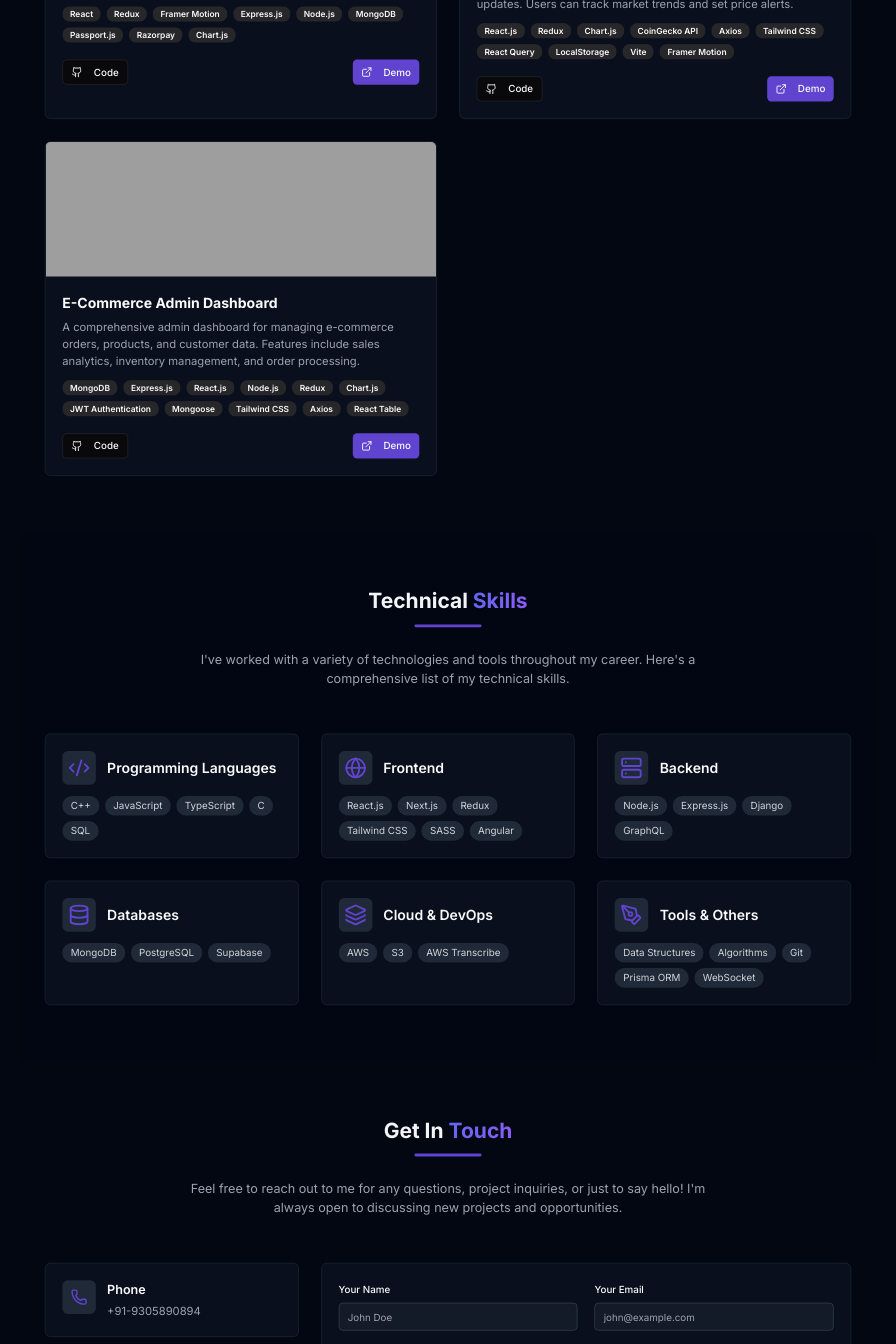
Repository: NoobCoderY/Yash
Page: /
An editor plug-in stored every save of this project. The page is shown before and after a run of saves, followed by the edit.
The browser window is 1280 px wide. The pictures show the part of the page from y = 4580 to 6500 px (the page is 7222 px tall before and 7186 px after), at 70% of full size.
Pictures or frames that could not be fetched are drawn as grey boxes. The project was rebuilt for these pictures with package versions that can differ from the ones it lists, and the page was loaded fresh each time. The framework's server and built-in components were replaced by stand-ins that run in the browser. Also part of the build but not shown: next.config.mjs.

Above is the page before, as saved 2025-04-13 01:58:31.

### app/layout.tsx
import type React from "react"
import "./globals.css"
import type { Metadata } from "next"
import { Inter } from "next/font/google"
import { ThemeProvider } from "@/components/theme-provider"

const inter = Inter({ subsets: ["latin"] })

export const metadata: Metadata = {
  title: "Yash Diwaker | Full Stack Developer",
  description: "Portfolio of Yash Diwaker, Full Stack Developer specializing in MERN stack and AWS",
    generator: 'v0.dev'
}

export default function RootLayout({
  children,
}: Readonly<{
  children: React.ReactNode
}>) {
  return (
    <html lang="en" suppressHydrationWarning>
      <body className={inter.className}>
        <ThemeProvider attribute="class" defaultTheme="dark" enableSystem disableTransitionOnChange>
          {children}
        </ThemeProvider>
      </body>
    </html>
  )
}


import './globals.css'

### app/page.tsx
import Hero from "@/components/hero"
import Navbar from "@/components/navbar"
import About from "@/components/about"
import Experience from "@/components/experience"
import Projects from "@/components/projects"
import Skills from "@/components/skills"
import Contact from "@/components/contact"
import Footer from "@/components/footer"

export default function Home() {
  return (
    <div className="min-h-screen bg-gray-950 text-gray-100">
      <Navbar />
      <main className="container mx-auto px-4 sm:px-6 lg:px-8">
        <Hero />
        <About />
        <Experience />
        <Projects />
        <Skills />
        <Contact />
      </main>
      <Footer />
    </div>
  )
}

### app/globals.css
@tailwind base;
@tailwind components;
@tailwind utilities;

@layer base {
  :root {
    --background: 0 0% 100%;
    --foreground: 240 10% 3.9%;
    --card: 0 0% 100%;
    --card-foreground: 240 10% 3.9%;
    --popover: 0 0% 100%;
    --popover-foreground: 240 10% 3.9%;
    --primary: 252 59% 48%;
    --primary-foreground: 0 0% 98%;
    --secondary: 240 4.8% 95.9%;
    --secondary-foreground: 240 5.9% 10%;
    --muted: 240 4.8% 95.9%;
    --muted-foreground: 240 3.8% 46.1%;
    --accent: 240 4.8% 95.9%;
    --accent-foreground: 240 5.9% 10%;
    --destructive: 0 84.2% 60.2%;
    --destructive-foreground: 0 0% 98%;
    --border: 240 5.9% 90%;
    --input: 240 5.9% 90%;
    --ring: 252 59% 48%;
    --radius: 0.5rem;
  }

  .dark {
    --background: 240 10% 3.9%;
    --foreground: 0 0% 98%;
    --card: 240 10% 3.9%;
    --card-foreground: 0 0% 98%;
    --popover: 240 10% 3.9%;
    --popover-foreground: 0 0% 98%;
    --primary: 252 59% 54%;
    --primary-foreground: 0 0% 98%;
    --secondary: 240 3.7% 15.9%;
    --secondary-foreground: 0 0% 98%;
    --muted: 240 3.7% 15.9%;
    --muted-foreground: 240 5% 64.9%;
    --accent: 240 3.7% 15.9%;
    --accent-foreground: 0 0% 98%;
    --destructive: 0 62.8% 30.6%;
    --destructive-foreground: 0 0% 98%;
    --border: 240 3.7% 15.9%;
    --input: 240 3.7% 15.9%;
    --ring: 252 59% 54%;
  }
}

@layer base {
  * {
    @apply border-border;
  }
  body {
    @apply bg-background text-foreground;
    font-feature-settings: "rlig" 1, "calt" 1;
  }
}

.animate-slide-up {
  animation: slideUp 0.6s ease-out forwards;
  opacity: 0;
}

@keyframes slideUp {
  from {
    transform: translateY(30px);
    opacity: 0;
  }
  to {
    transform: translateY(0);
    opacity: 1;
  }
}

.animate-fade-in {
  animation: fadeIn 0.8s ease-out forwards;
  opacity: 0;
}

@keyframes fadeIn {
  from {
    opacity: 0;
  }
  to {
    opacity: 1;
  }
}

.animate-slide-in-right {
  animation: slideInRight 0.6s ease-out forwards;
  opacity: 0;
}

@keyframes slideInRight {
  from {
    transform: translateX(30px);
    opacity: 0;
  }
  to {
    transform: translateX(0);
    opacity: 1;
  }
}

.animate-pulse-slow {
  animation: pulseSlow 3s infinite;
}

@keyframes pulseSlow {
  0%,
  100% {
    opacity: 1;
  }
  50% {
    opacity: 0.7;
  }
}

.animate-float {
  animation: float 3s ease-in-out infinite;
}

@keyframes float {
  0%,
  100% {
    transform: translateY(0);
  }
  50% {
    transform: translateY(-10px);
  }
}

.gradient-text {
  background: linear-gradient(90deg, #6366f1, #8b5cf6);
  -webkit-background-clip: text;
  -webkit-text-fill-color: transparent;
  background-clip: text;
}

### components/about.tsx
"use client"

import { motion } from "framer-motion"
import { useInView } from "framer-motion"
import { useRef } from "react"
import { Card, CardContent } from "@/components/ui/card"
import { Code, Briefcase, GraduationCap } from "lucide-react"

export default function About() {
  const ref = useRef(null)
  const isInView = useInView(ref, { once: true, margin: "-100px" })

  const cardVariants = {
    hidden: { opacity: 0, y: 20 },
    visible: (i: number) => ({
      opacity: 1,
      y: 0,
      transition: {
        delay: 0.1 * i,
        duration: 0.5,
      },
    }),
  }

  const stats = [
    {
      icon: <Code className="h-8 w-8 text-primary" />,
      title: "Full Stack Developer",
      description: "Specialized in MERN stack development with AWS integration",
    },
    {
      icon: <Briefcase className="h-8 w-8 text-primary" />,
      title: "Professional Experience",
      description: "Working with multiple companies on diverse projects",
    },
    {
      icon: <GraduationCap className="h-8 w-8 text-primary" />,
      title: "B.Tech in Computer Science",
      description: "Harcourt Butler Technical University, Kanpur",
    },
  ]

  return (
    <section id="about" className="py-20">
      <div className="container mx-auto">
        <motion.div
          initial={{ opacity: 0, y: 20 }}
          animate={isInView ? { opacity: 1, y: 0 } : { opacity: 0, y: 20 }}
          transition={{ duration: 0.5 }}
          ref={ref}
          className="text-center mb-16"
        >
          <h2 className="text-3xl font-bold mb-4">
            About <span className="gradient-text">Me</span>
          </h2>
          <div className="w-24 h-1 bg-primary mx-auto mb-8 rounded-full"></div>
          <p className="text-lg text-gray-400 max-w-3xl mx-auto">
            I'm a Full Stack Developer with expertise in building scalable web applications using modern technologies.
            With a strong foundation in computer science and hands-on experience in various companies, I bring a blend
            of technical skills and practical knowledge to every project.
          </p>
        </motion.div>

        <div className="grid grid-cols-1 md:grid-cols-3 gap-8">
          {stats.map((stat, i) => (
            <motion.div
              key={i}
              custom={i}
              variants={cardVariants}
              initial="hidden"
              animate={isInView ? "visible" : "hidden"}
            >
              <Card className="bg-gray-900/50 border-gray-800 hover:border-primary/50 transition-all duration-300 h-full">
                <CardContent className="p-6 flex flex-col items-center text-center">
                  <div className="mb-4 p-3 bg-gray-800 rounded-full">{stat.icon}</div>
                  <h3 className="text-xl font-semibold mb-2">{stat.title}</h3>
                  <p className="text-gray-400">{stat.description}</p>
                </CardContent>
              </Card>
            </motion.div>
          ))}
        </div>
      </div>
    </section>
  )
}

### components/skills.tsx
"use client"

import { motion } from "framer-motion"
import { useInView } from "framer-motion"
import { useRef } from "react"
import { Card, CardContent } from "@/components/ui/card"
import { Code2, Database, Globe, Server, Layers, PenTool } from "lucide-react"

export default function Skills() {
  const ref = useRef(null)
  const isInView = useInView(ref, { once: true, margin: "-100px" })

  const skillCategories = [
    {
      title: "Programming Languages",
      icon: <Code2 className="h-8 w-8 text-primary" />,
      skills: ["C++", "JavaScript", "TypeScript", "C", "SQL"],
    },
    {
      title: "Frontend",
      icon: <Globe className="h-8 w-8 text-primary" />,
      skills: ["React.js", "Next.js", "Redux", "Tailwind CSS", "SASS", "Angular"],
    },
    {
      title: "Backend",
      icon: <Server className="h-8 w-8 text-primary" />,
      skills: ["Node.js", "Express.js", "Django", "GraphQL"],
    },
    {
      title: "Databases",
      icon: <Database className="h-8 w-8 text-primary" />,
      skills: ["MongoDB", "PostgreSQL", "Supabase"],
    },
    {
      title: "Cloud & DevOps",
      icon: <Layers className="h-8 w-8 text-primary" />,
      skills: ["AWS", "S3", "AWS Transcribe"],
    },
    {
      title: "Tools & Others",
      icon: <PenTool className="h-8 w-8 text-primary" />,
      skills: ["Data Structures", "Algorithms", "Git", "Prisma ORM", "WebSocket"],
    },
  ]

  const cardVariants = {
    hidden: { opacity: 0, y: 20 },
    visible: (i: number) => ({
      opacity: 1,
      y: 0,
      transition: {
        delay: 0.1 * i,
        duration: 0.5,
      },
    }),
  }

  return (
    <section id="skills" className="py-20 bg-gray-950/50">
      <div className="container mx-auto">
        <motion.div
          initial={{ opacity: 0, y: 20 }}
          animate={isInView ? { opacity: 1, y: 0 } : { opacity: 0, y: 20 }}
          transition={{ duration: 0.5 }}
          ref={ref}
          className="text-center mb-16"
        >
          <h2 className="text-3xl font-bold mb-4">
            Technical <span className="gradient-text">Skills</span>
          </h2>
          <div className="w-24 h-1 bg-primary mx-auto mb-8 rounded-full"></div>
          <p className="text-lg text-gray-400 max-w-3xl mx-auto">
            I've worked with a variety of technologies and tools throughout my career. Here's a comprehensive list of my
            technical skills.
          </p>
        </motion.div>

        <div className="grid grid-cols-1 md:grid-cols-2 lg:grid-cols-3 gap-8">
          {skillCategories.map((category, i) => (
            <motion.div
              key={i}
              custom={i}
              variants={cardVariants}
              initial="hidden"
              animate={isInView ? "visible" : "hidden"}
            >
              <Card className="bg-gray-900/50 border-gray-800 hover:border-primary/50 transition-all duration-300 h-full">
                <CardContent className="p-6">
                  <div className="flex items-center mb-4">
                    <div className="p-2 bg-gray-800 rounded-lg mr-4">{category.icon}</div>
                    <h3 className="text-xl font-semibold">{category.title}</h3>
                  </div>
                  <div className="flex flex-wrap gap-2">
                    {category.skills.map((skill, index) => (
                      <span
                        key={index}
                        className="px-3 py-1 bg-gray-800 rounded-full text-sm text-gray-300 hover:bg-primary/20 hover:text-primary transition-colors duration-300"
                      >
                        {skill}
                      </span>
                    ))}
                  </div>
                </CardContent>
              </Card>
            </motion.div>
          ))}
        </div>
      </div>
    </section>
  )
}

### components/footer.tsx
import Link from "next/link"
import { Github, Linkedin, Mail } from "lucide-react"

export default function Footer() {
  const currentYear = new Date().getFullYear()

  return (
    <footer className="bg-gray-900 py-12 border-t border-gray-800">
      <div className="container mx-auto px-4">
        <div className="flex flex-col md:flex-row justify-between items-center">
          <div className="mb-6 md:mb-0">
            <Link href="#home" className="text-2xl font-bold gradient-text">
              Yash Diwaker
            </Link>
            <p className="text-gray-400 mt-2 max-w-md">
              Full Stack Developer specializing in building exceptional digital experiences.
            </p>
          </div>

          <div className="flex space-x-6">
            <Link
              href="https://linkedin.com/in/yashdiwaker"
              target="_blank"
              rel="noopener noreferrer"
              className="text-gray-400 hover:text-primary transition-colors"
              aria-label="LinkedIn"
            >
              <Linkedin size={24} />
            </Link>
            <Link
              href="https://github.com/NoobCoderY"
              target="_blank"
              rel="noopener noreferrer"
              className="text-gray-400 hover:text-primary transition-colors"
              aria-label="GitHub"
            >
              <Github size={24} />
            </Link>
            <Link
              href="mailto:yashdiwaker74@gmail.com"
              className="text-gray-400 hover:text-primary transition-colors"
              aria-label="Email"
            >
              <Mail size={24} />
            </Link>
          </div>
        </div>

        <div className="border-t border-gray-800 mt-8 pt-8 flex flex-col md:flex-row justify-between items-center">
          <p className="text-gray-500 text-sm">© {currentYear} Yash Diwaker. All rights reserved.</p>
          <div className="mt-4 md:mt-0">
            <ul className="flex space-x-6 text-sm text-gray-500">
              <li>
                <Link href="#home" className="hover:text-primary transition-colors">
                  Home
                </Link>
              </li>
              <li>
                <Link href="#about" className="hover:text-primary transition-colors">
                  About
                </Link>
              </li>
              <li>
                <Link href="#projects" className="hover:text-primary transition-colors">
                  Projects
                </Link>
              </li>
              <li>
                <Link href="#contact" className="hover:text-primary transition-colors">
                  Contact
                </Link>
              </li>
            </ul>
          </div>
        </div>
      </div>
    </footer>
  )
}

### components/ui/button.tsx
import * as React from "react"
import { Slot } from "@radix-ui/react-slot"
import { cva, type VariantProps } from "class-variance-authority"

import { cn } from "@/lib/utils"

const buttonVariants = cva(
  "inline-flex items-center justify-center gap-2 whitespace-nowrap rounded-md text-sm font-medium ring-offset-background transition-colors focus-visible:outline-none focus-visible:ring-2 focus-visible:ring-ring focus-visible:ring-offset-2 disabled:pointer-events-none disabled:opacity-50 [&_svg]:pointer-events-none [&_svg]:size-4 [&_svg]:shrink-0",
  {
    variants: {
      variant: {
        default: "bg-primary text-primary-foreground hover:bg-primary/90",
        destructive:
          "bg-destructive text-destructive-foreground hover:bg-destructive/90",
        outline:
          "border border-input bg-background hover:bg-accent hover:text-accent-foreground",
        secondary:
          "bg-secondary text-secondary-foreground hover:bg-secondary/80",
        ghost: "hover:bg-accent hover:text-accent-foreground",
        link: "text-primary underline-offset-4 hover:underline",
      },
      size: {
        default: "h-10 px-4 py-2",
        sm: "h-9 rounded-md px-3",
        lg: "h-11 rounded-md px-8",
        icon: "h-10 w-10",
      },
    },
    defaultVariants: {
      variant: "default",
      size: "default",
    },
  }
)

export interface ButtonProps
  extends React.ButtonHTMLAttributes<HTMLButtonElement>,
    VariantProps<typeof buttonVariants> {
  asChild?: boolean
}

const Button = React.forwardRef<HTMLButtonElement, ButtonProps>(
  ({ className, variant, size, asChild = false, ...props }, ref) => {
    const Comp = asChild ? Slot : "button"
    return (
      <Comp
        className={cn(buttonVariants({ variant, size, className }))}
        ref={ref}
        {...props}
      />
    )
  }
)
Button.displayName = "Button"

export { Button, buttonVariants }

### components/ui/card.tsx
import * as React from "react"

import { cn } from "@/lib/utils"

const Card = React.forwardRef<
  HTMLDivElement,
  React.HTMLAttributes<HTMLDivElement>
>(({ className, ...props }, ref) => (
  <div
    ref={ref}
    className={cn(
      "rounded-lg border bg-card text-card-foreground shadow-sm",
      className
    )}
    {...props}
  />
))
Card.displayName = "Card"

const CardHeader = React.forwardRef<
  HTMLDivElement,
  React.HTMLAttributes<HTMLDivElement>
>(({ className, ...props }, ref) => (
  <div
    ref={ref}
    className={cn("flex flex-col space-y-1.5 p-6", className)}
    {...props}
  />
))
CardHeader.displayName = "CardHeader"

const CardTitle = React.forwardRef<
  HTMLDivElement,
  React.HTMLAttributes<HTMLDivElement>
>(({ className, ...props }, ref) => (
  <div
    ref={ref}
    className={cn(
      "text-2xl font-semibold leading-none tracking-tight",
      className
    )}
    {...props}
  />
))
CardTitle.displayName = "CardTitle"

const CardDescription = React.forwardRef<
  HTMLDivElement,
  React.HTMLAttributes<HTMLDivElement>
>(({ className, ...props }, ref) => (
  <div
    ref={ref}
    className={cn("text-sm text-muted-foreground", className)}
    {...props}
  />
))
CardDescription.displayName = "CardDescription"

const CardContent = React.forwardRef<
  HTMLDivElement,
  React.HTMLAttributes<HTMLDivElement>
>(({ className, ...props }, ref) => (
  <div ref={ref} className={cn("p-6 pt-0", className)} {...props} />
))
CardContent.displayName = "CardContent"

const CardFooter = React.forwardRef<
  HTMLDivElement,
  React.HTMLAttributes<HTMLDivElement>
>(({ className, ...props }, ref) => (
  <div
    ref={ref}
    className={cn("flex items-center p-6 pt-0", className)}
    {...props}
  />
))
CardFooter.displayName = "CardFooter"

export { Card, CardHeader, CardFooter, CardTitle, CardDescription, CardContent }

### components/ui/badge.tsx
import * as React from "react"
import { cva, type VariantProps } from "class-variance-authority"

import { cn } from "@/lib/utils"

const badgeVariants = cva(
  "inline-flex items-center rounded-full border px-2.5 py-0.5 text-xs font-semibold transition-colors focus:outline-none focus:ring-2 focus:ring-ring focus:ring-offset-2",
  {
    variants: {
      variant: {
        default:
          "border-transparent bg-primary text-primary-foreground hover:bg-primary/80",
        secondary:
          "border-transparent bg-secondary text-secondary-foreground hover:bg-secondary/80",
        destructive:
          "border-transparent bg-destructive text-destructive-foreground hover:bg-destructive/80",
        outline: "text-foreground",
      },
    },
    defaultVariants: {
      variant: "default",
    },
  }
)

export interface BadgeProps
  extends React.HTMLAttributes<HTMLDivElement>,
    VariantProps<typeof badgeVariants> {}

function Badge({ className, variant, ...props }: BadgeProps) {
  return (
    <div className={cn(badgeVariants({ variant }), className)} {...props} />
  )
}

export { Badge, badgeVariants }

### components/ui/input.tsx
import * as React from "react"

import { cn } from "@/lib/utils"

const Input = React.forwardRef<HTMLInputElement, React.ComponentProps<"input">>(
  ({ className, type, ...props }, ref) => {
    return (
      <input
        type={type}
        className={cn(
          "flex h-10 w-full rounded-md border border-input bg-background px-3 py-2 text-base ring-offset-background file:border-0 file:bg-transparent file:text-sm file:font-medium file:text-foreground placeholder:text-muted-foreground focus-visible:outline-none focus-visible:ring-2 focus-visible:ring-ring focus-visible:ring-offset-2 disabled:cursor-not-allowed disabled:opacity-50 md:text-sm",
          className
        )}
        ref={ref}
        {...props}
      />
    )
  }
)
Input.displayName = "Input"

export { Input }

Loaded but not shown: components/theme-provider.tsx (common file); components/ui/textarea.tsx (common file); lib/utils.ts (common file); tailwind.config.ts (common file); components/projects.tsx (243 lines, source omitted); components/hero.tsx (166 lines, source omitted); components/contact.tsx (185 lines, source omitted); components/experience.tsx (114 lines, source omitted); components/navbar.tsx (107 lines, source omitted)

After the next 2 saves:
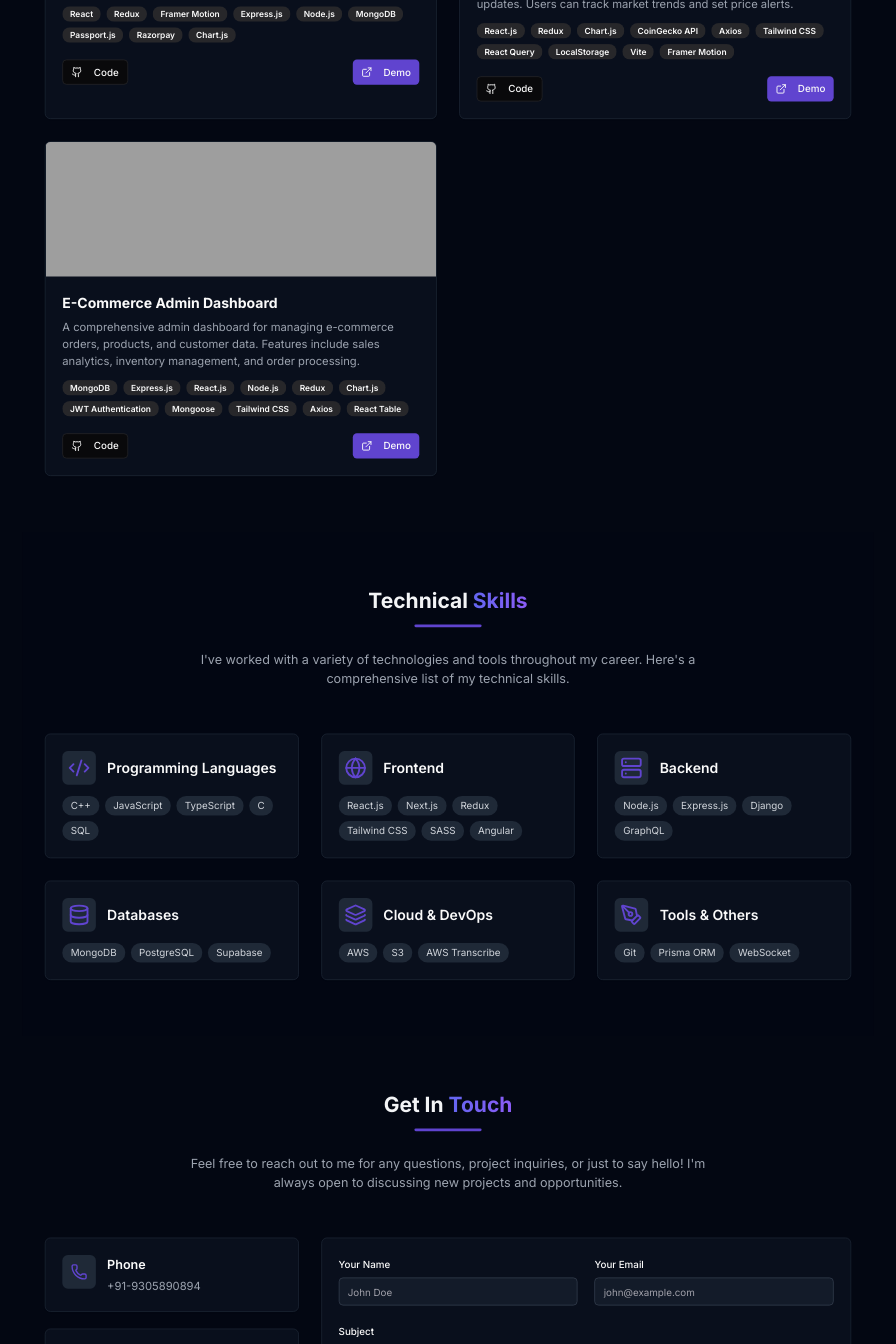
The 2 saves are shown as one change because they came seconds apart.
The last was saved 7 h 35 min later.
--- a/components/skills.tsx
+++ b/components/skills.tsx
@@ -39,7 +39,7 @@ export default function Skills() {
     {
       title: "Tools & Others",
       icon: <PenTool className="h-8 w-8 text-primary" />,
-      skills: ["Data Structures", "Algorithms", "Git", "Prisma ORM", "WebSocket"],
+      skills: [ "Git", "Prisma ORM", "WebSocket"],
     },
   ]
 
